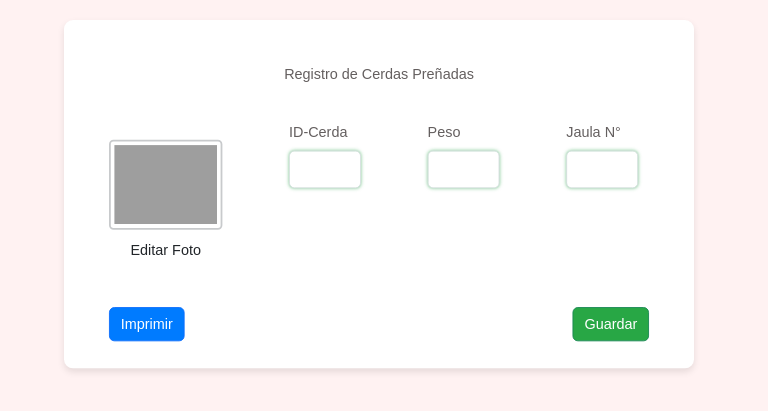
Repository: Mateojimenezz/Granja-Santa-Helena
Page: fomularioRegHembrasPreñadas.html
The author's editor kept a copy of each file at every save. The page is drawn from the files as they stood at one save, then again after a run of saves.
The browser window is 768 px wide. The pictures show the whole page.
Pictures or frames that could not be fetched are drawn as grey boxes. Some web fonts or font styles are not loaded; a fallback is used.

Above is the page before, as saved 2025-04-29 10:20:12.

### fomularioRegHembrasPreñadas.html
<!DOCTYPE html>
<html lang="es">
<head>
  <meta charset="UTF-8">
  <meta name="viewport" content="width=device-width, initial-scale=1.0">
  <title>Formulario de Registro de Cerdas</title>
  <link href="https://cdn.jsdelivr.net/npm/bootstrap@5.3.0/dist/css/bootstrap.min.css" rel="stylesheet">
  <link href="https://fonts.googleapis.com/css2?family=Calistoga&display=swap" rel="stylesheet">
  <link rel="stylesheet" href="./assets/css/fomularioRegHembrasPreñadas.css">
</head>
<body>
    <div class="form-container">
        <h3 class="text-center mb-4">Registro de Cerdas Preñadas</h3>
        <form id="cerdaForm">
          <!-- Campos principales: ID, Peso y Jaula -->
          <div class="row mb-3">
            <div class=" col-md-3 DivphotoCerda text-center mb-4">
                <!-- Imagen de la cerda -->
                <img id="cerdaPhoto" src="./assets/img/default-photo.jpg" alt="Foto de la Cerda" class="img-thumbnail" >
                <!-- Botón para editar foto -->
                <a class="btn btn-cerdaPhoto mt-1" onclick="document.getElementById('photoInput').click()">Editar Foto</a>
                <!-- Input oculto para subir la foto -->
                <input type="file" id="photoInput" style="display: none;" accept="image/*" onchange="updatePhoto(event)">
              </div>
            <div class="col-md-2 input-group1 mb-3">
              <label for="idCerda" class="form-label">ID-Cerda</label>
              <input type="text" class="form-control" id="idCerda" name="idCerda" required>
            </div>
            <div class="col-md-2 input-group1">
              <label for="pesoCerda" class="form-label">Peso</label>
              <input type="text" class="form-control" id="pesoCerda" name="pesoCerda" required>
            </div>
            <div class="col-md-2 input-group1">
              <label for="jaulaCerda" class="form-label">Jaula N°</label>
              <input type="text" class="form-control" id="jaulaCerda" name="jaulaCerda" required>
            </div>
          </div>

          <!-- Botones de imprimir y guardar -->
          <div class="button-group text-center">
            <button type="button" class="btn btn-primary btn-print me-2" onclick="imprimirFormulario()">Imprimir</button>
            <button type="submit" class="btn btn-success btn-save">Guardar</button>
          </div>
        </form>
      </div>


  <!-- Bootstrap JavaScript -->
  <script src="https://cdn.jsdelivr.net/npm/bootstrap@5.3.0/dist/js/bootstrap.bundle.min.js"></script>
  <script src="./assets/js/fomularioRegHembrasPreñadas.js"></script>

</body>
</html>

### assets/css/fomularioRegHembrasPreñadas.css
@import "./variables.css";
body {
    background-color: var(--color-FondoDiv2);
    font-family: Arial;
    color: var(--color-TextoMenuLateral);
    transform: scale(0.9); /* Escalar el contenido al 90% */
    transform-origin: top ; /* Mantener el contenido en la esquina superior izquierda */
    padding: 0;
  }
.form-container {
    max-width: 700px;
    margin:20px auto;
    padding: 30px 50px;
    background-color: var( --fondo-formularios);
    border-radius: 10px;
    box-shadow: 0 4px 8px rgba(0, 0, 0, 0.1);
  }
  .form-container h3 {
    font-family: var(--font-principal);
    color: var(--color-TextoMenuLateral);
    margin-top: 20px;
    padding-bottom: 20px;
    font-size: 1em;

  }
  .button-group {
    display: flex;
    justify-content: space-between;
    margin-top: 20px;
  }
  .btn-print {
    background-color: #007bff;
    color: white;
  }
  .btn-save {
    background-color: #28a745;
    color: white;
  }
  .btn:hover {
    opacity: 0.9;
  }
  .DivphotoCerda {
    margin-top: 20px;
    width: 150px;

  }
  .DivphotoCerda img {
    border-radius: 5px;
    border: 2px solid #c8cacc;
    width: 150px;
    height: 100px;
    object-fit: cover;
  }
  .input-group1{
    gap: 20px;
    margin-left: 50px;
  }
  .form-control {
    margin-bottom: 5px; /* Espaciado más reducido entre campos */
    padding: 8px; /* Reduce el tamaño interno del input */
    box-shadow: 0 0px 4px 0px  rgba(25, 157, 60, 0.6) /* Sombra verde */

  }
  .form-control:focus {
    border-color: var(--color-principal); /* Cambia el color del borde al enfocar */
    box-shadow: 0 0 4px var(--color-principal); /* Sombra verde al enfocar */
  }

  @media screen and (max-width: 991px) {
    body {
      transform: scale(0.9); /* Escalar el contenido al 90% en pantallas pequeñas */
      margin-left: -10px; /* Elimina el margen en pantallas pequeñas */
      overflow: hidden; /* Evita el scroll horizontal */

    }}

### assets/js/fomularioRegHembrasPreñadas.js

// Función para imprimir el formulario
function imprimirFormulario() {
  window.print();
}

// Función para guardar los datos
document.getElementById('cerdaForm').addEventListener('submit', async function (event) {
  event.preventDefault();

  // Crear un objeto FormData para enviar los datos
  const formData = new FormData(this);

  try {
    // Enviar los datos al backend
    const response = await fetch('http://localhost:3000/guardarCerda', {
      method: 'POST',
      body: formData
    });

    if (response.ok) {
      alert('Cerda registrada correctamente');
      this.reset(); // Reinicia el formulario
    } else {
      alert('Error al guardar los datos');
    }
  } catch (error) {
    console.error('Error:', error);
    alert('Ocurrió un problema al guardar los datos.');
  }
});
// Función para actualizar la foto de la cerda
function updatePhoto(event) {
const file = event.target.files[0];
if (file) {
const reader = new FileReader();
reader.onload = function (e) {
  const photoElement = document.getElementById('cerdaPhoto');
  photoElement.src = e.target.result;

  // Añadir margin-top de -20px
  photoElement.style.marginTop = '-20px';
};
reader.readAsDataURL(file);
}
}

### assets/css/variables.css
/* variables.css */
:root {
    --color-principal: #1CAD48 ;
    --color-Botones: rgba(255, 187, 0, 0.47);
    --color-texto: white;
    --color-fondo: #f5f5f5;
    --font-principal: 'calistoga','arial';
    --color-fondoDiv: #F8E91C;
    --color-FondoDiv2:#FFF2F2;
    --color-Footter: #D9D9D9;
    --letra-gris: #B0B0B7;
    --color-menu-lateral:#BDEAAD;
    --color-TextoMenuLateral:#645f5f; /* Color de texto del menú lateral */
    --fondo-formularios:#FFFFFF; /* Color de fondo de los formularios */
  }

After the next 2 saves:
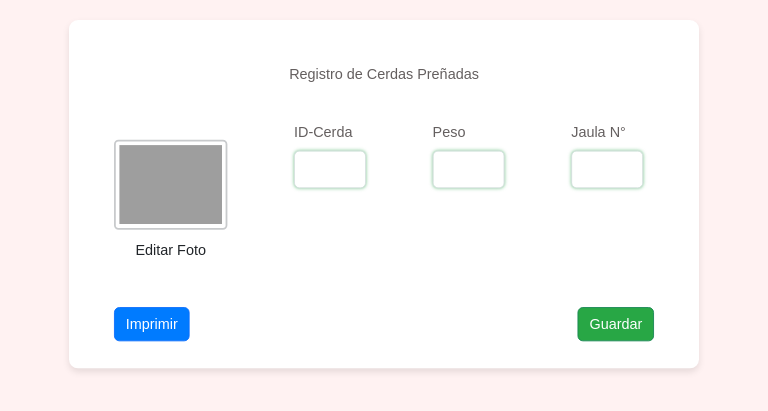
The 2 saves are shown as one change because they came seconds apart.
The last was saved 2 min 3 s later.
--- a/assets/css/fomularioRegHembrasPreñadas.css
+++ b/assets/css/fomularioRegHembrasPreñadas.css
@@ -69,7 +69,7 @@ body {
   @media screen and (max-width: 991px) {
     body {
       transform: scale(0.9); /* Escalar el contenido al 90% en pantallas pequeñas */
-      margin-left: -10px; /* Elimina el margen en pantallas pequeñas */
+      margin:10px; /* Elimina el margen en pantallas pequeñas */
       overflow: hidden; /* Evita el scroll horizontal */
 
     }}
